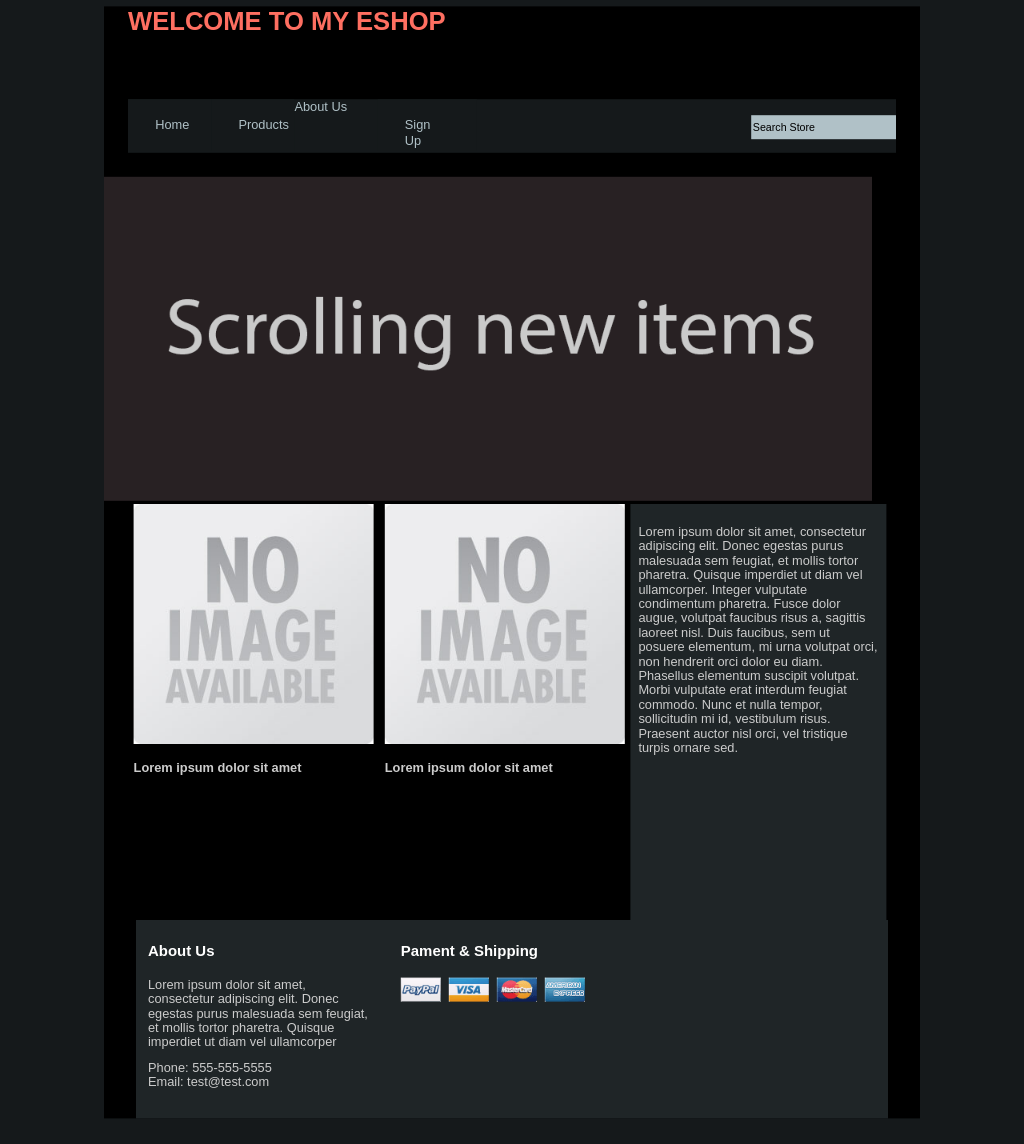
Repository: smugfox/ecommerce_project
Page: index.html
The author's editor kept a record of every edit. The page is drawn from the files as they stood at one moment, then again after the next edit.
The browser window is 1280 px wide. The pictures show the whole page, at 80% of full size.

Above is the page before.

After the next edit:
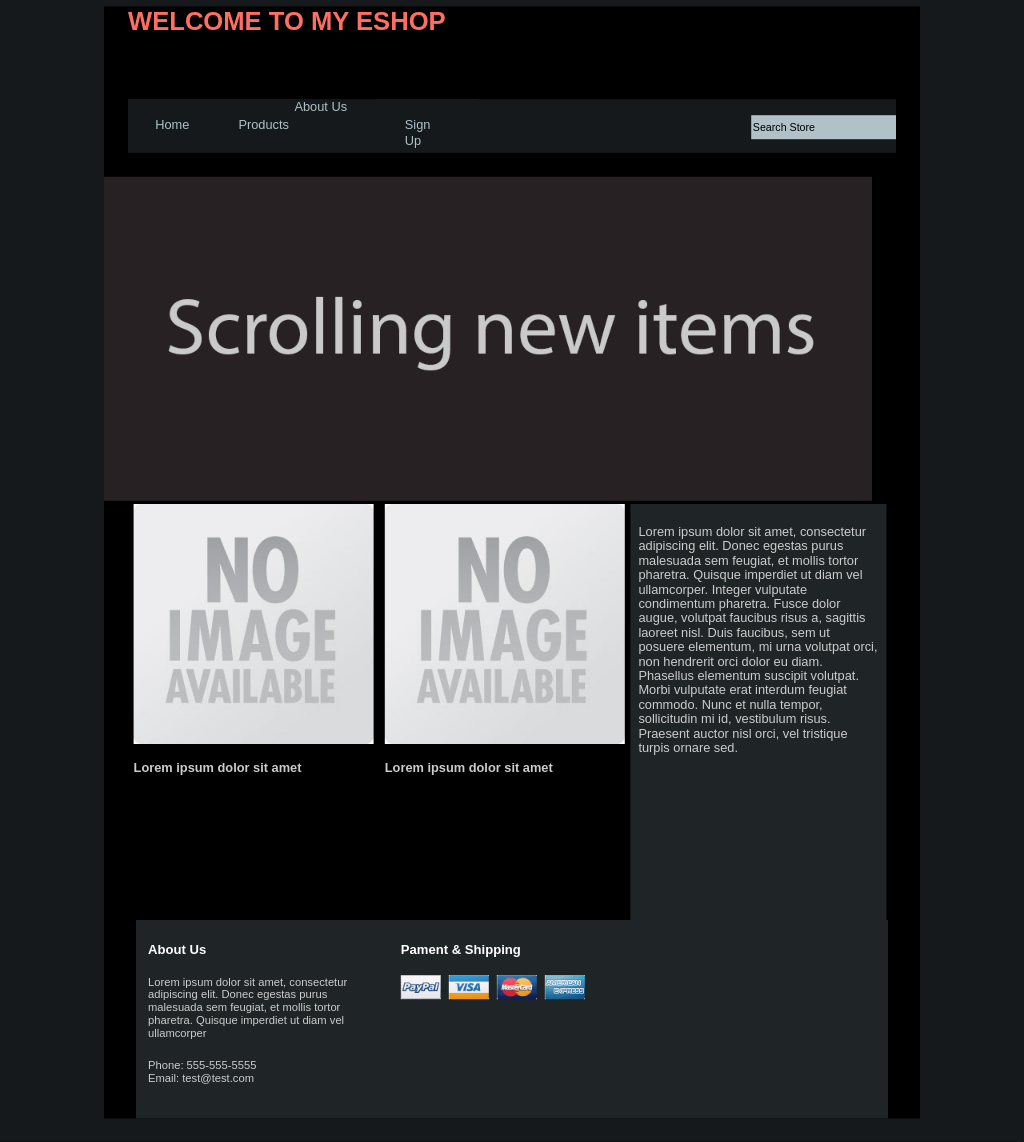
The edit:
--- a/css/styles.css
+++ b/css/styles.css
@@ -253,6 +253,7 @@
     display: block;
     background-color:#1f2527;
     padding: 28px 15px 8px 15px;
+    font-size:14px;
 }
 #footer_left {
     width:280px;
